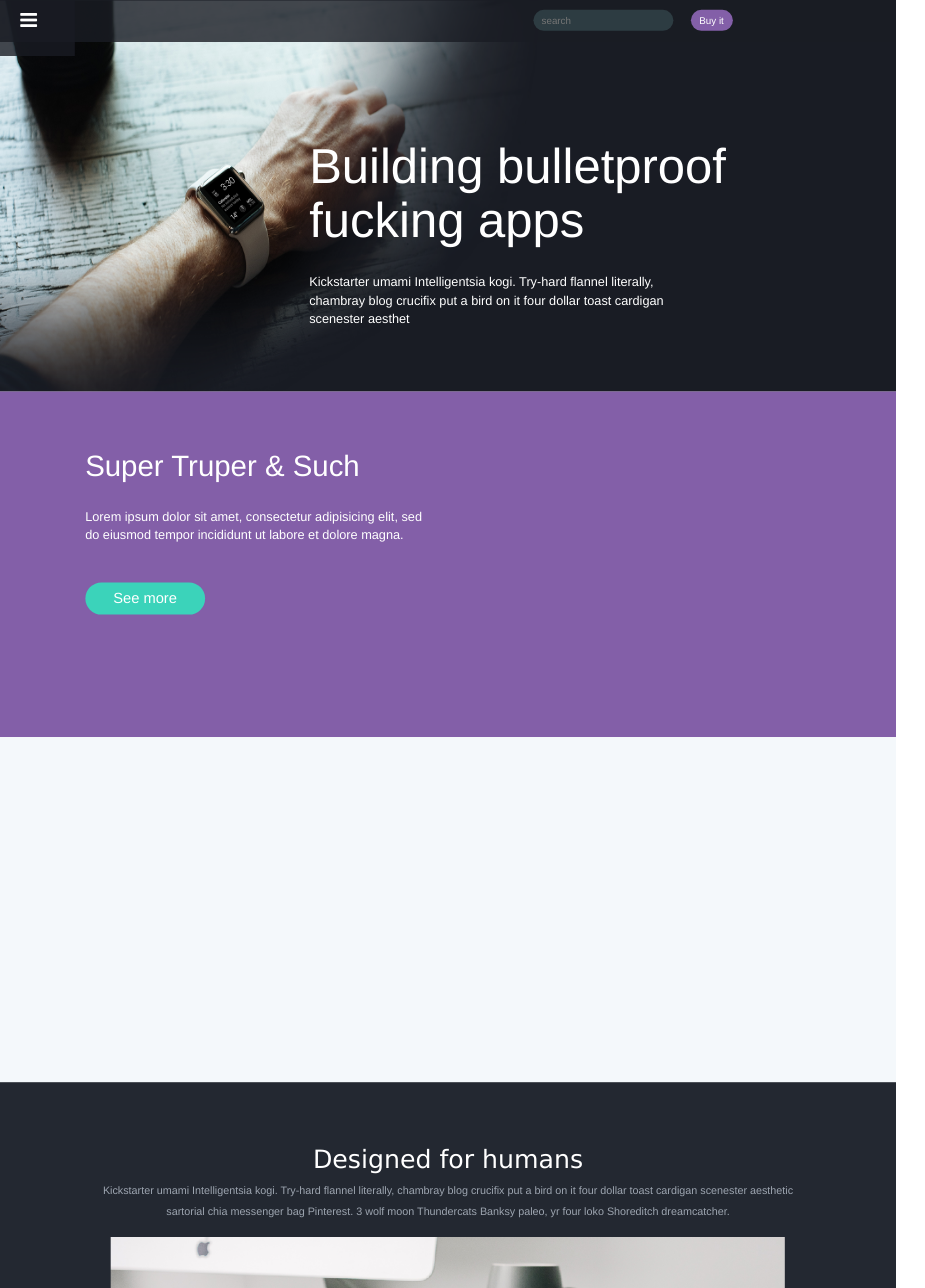
Repository: KatarzynaOwczarska/Tork
Page: Tork/WebContent/index.html
An editor plug-in stored every save of this project. The page is shown before and after the next save, followed by the edit.
The browser window is 1280 px wide. The page is 1321 px wide, so the pictures cover 1321 px, including what lies to the right of the window. The pictures show the part of the page from y = 0 to 1840 px (the page is 4689 px tall before and 4699 px after), at 70% of full size.
Backgrounds fixed to the window are drawn as part of the page.

Above is the page before, as saved 2017-02-06 13:45:46.

After the next save:
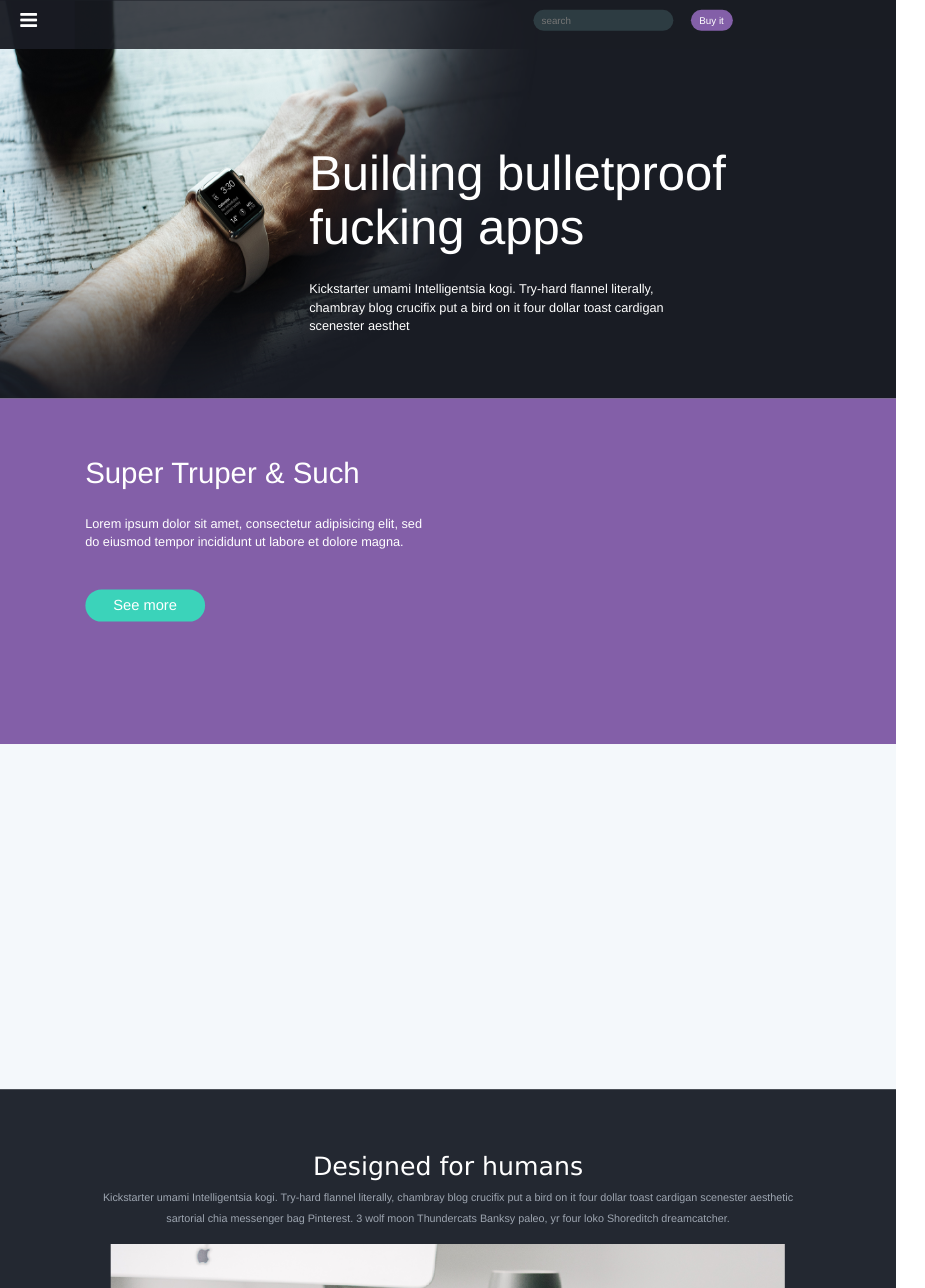
Saved 53 s later.
--- a/Tork/WebContent/css/style.css
+++ b/Tork/WebContent/css/style.css
@@ -9,12 +9,20 @@
 }
 
 header {
-	height: 60px;
+	height: 70px;
 	background-color: transparent;
   	background-color: rgba(25, 28, 36, 0.8);  /* FF3+, Saf3+, Opera 10.10+, Chrome, IE9 */
   	filter: progid:DXImageTransform.Microsoft.gradient(startColorstr=#3332FA32,endColorstr=#3332FA32); /* IE6&#8211;IE9 */
   	zoom: 1;
   	width: 100%;
+}
+
+#przesun {
+	background-color: transparent;
+  	background-color: rgba(25, 28, 36, 0.8);
+  	height: 70px;
+  	position: fixed;
+  	top: 0;
 }
 
 
@@ -270,14 +278,6 @@ header {
 	opacity: 0.8;
 }
 
-#przesun {
-	background-color: transparent;
-  	background-color: rgba(25, 28, 36, 0.8);
-  	height: 80px;
-  	position: fixed;
-  	top: 0;
-}
-
 
 #reka p {
 	font-size: 2em;
